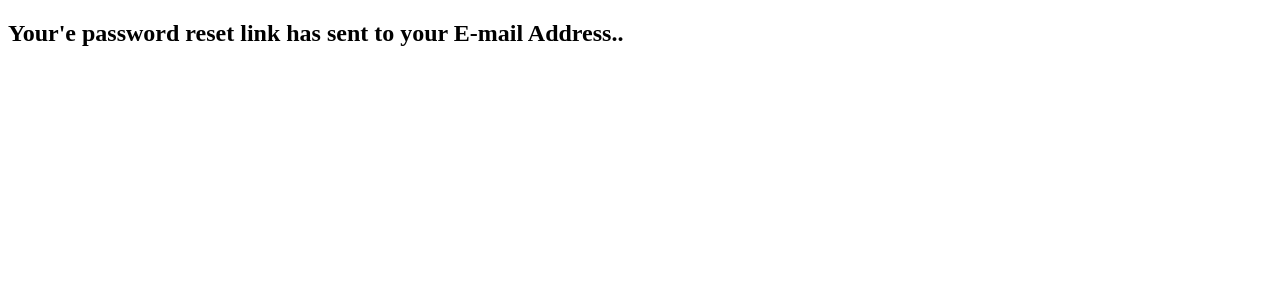
Repository: manoharswamy9/Advance-java-programs
Page: http://localhost/miniproject2/successfull.jsp
These files come from the project's save history. The page is drawn as it stood at one moment and after the next save; the edit follows.
The browser window is 1280 px wide. The pictures show the whole page.
The page is served by Tomcat 9. Other server files are loaded and not shown.

Above is the page before, as saved 2020-05-05 08:37:24.

### struts programs/miniproject2/WebContent/successfull.jsp
<%@ page language="java" contentType="text/html; charset=ISO-8859-1"
    pageEncoding="ISO-8859-1"%>
<!DOCTYPE html>
<html>
<head>
<meta charset="ISO-8859-1">
<title>Successfull</title>
</head>
<body>
<h2>Your'e password reset link has sent to your E-mail Address..</h2>
</body>
</html>

After the next save:
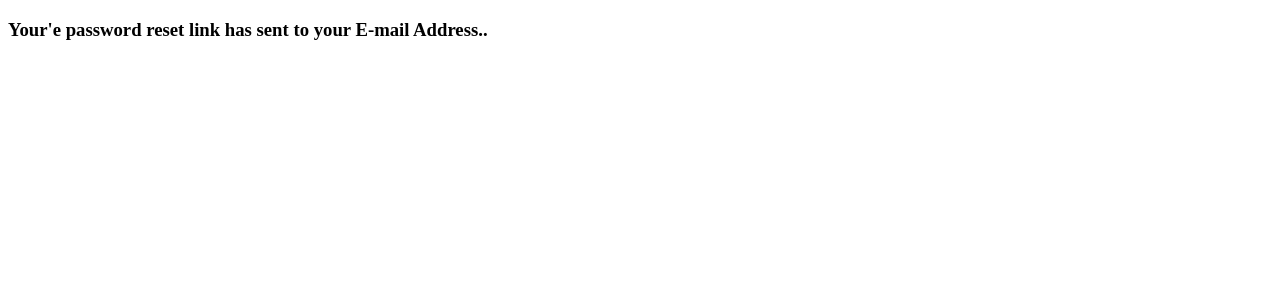
Saved 24 s later.
--- a/struts programs/miniproject2/WebContent/successfull.jsp
+++ b/struts programs/miniproject2/WebContent/successfull.jsp
@@ -7,6 +7,6 @@
 <title>Successfull</title>
 </head>
 <body>
-<h2>Your'e password reset link has sent to your E-mail Address..</h2>
+<h3>Your'e password reset link has sent to your E-mail Address..</h3>
 </body>
 </html>
